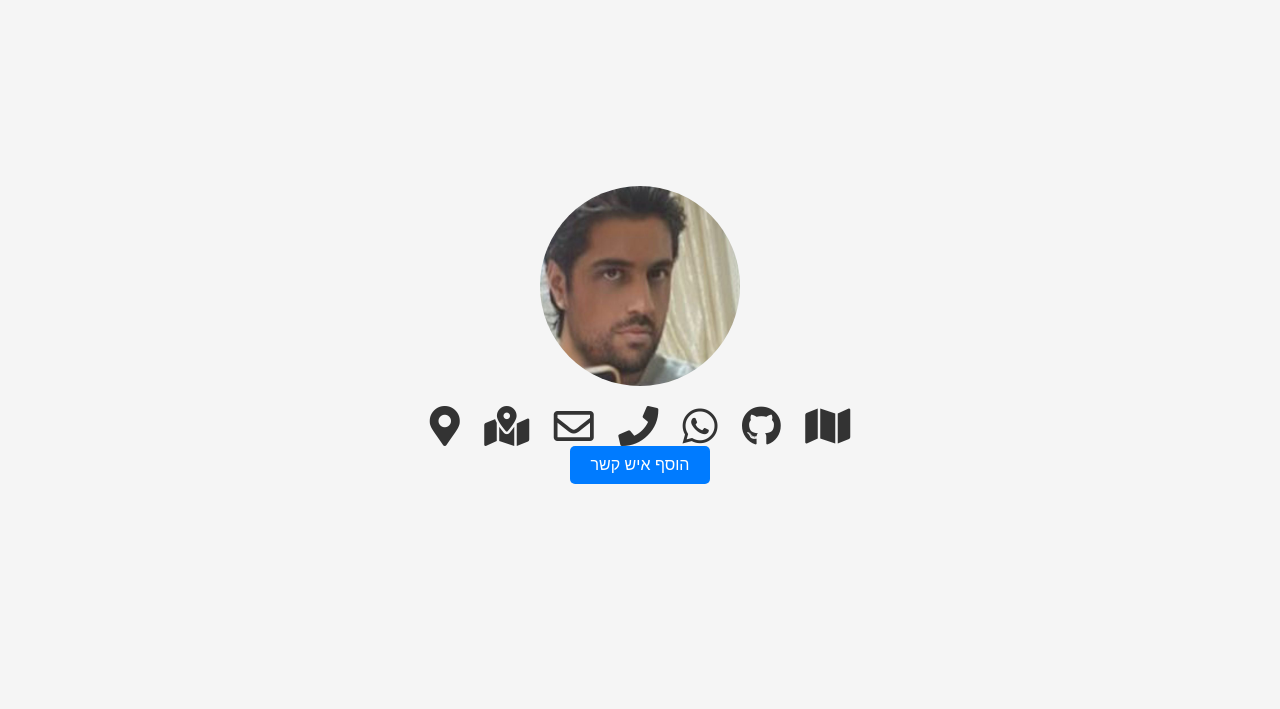
Repository: RL20/Business-Card
Page: index.html
These files come from the project's save history. The page is drawn as it stood at one moment and after the next save; the edit follows.
The browser window is 1280 px wide. The pictures show the whole page.

Above is the page before, as saved 2024-05-15 03:31:24.

After the next save:
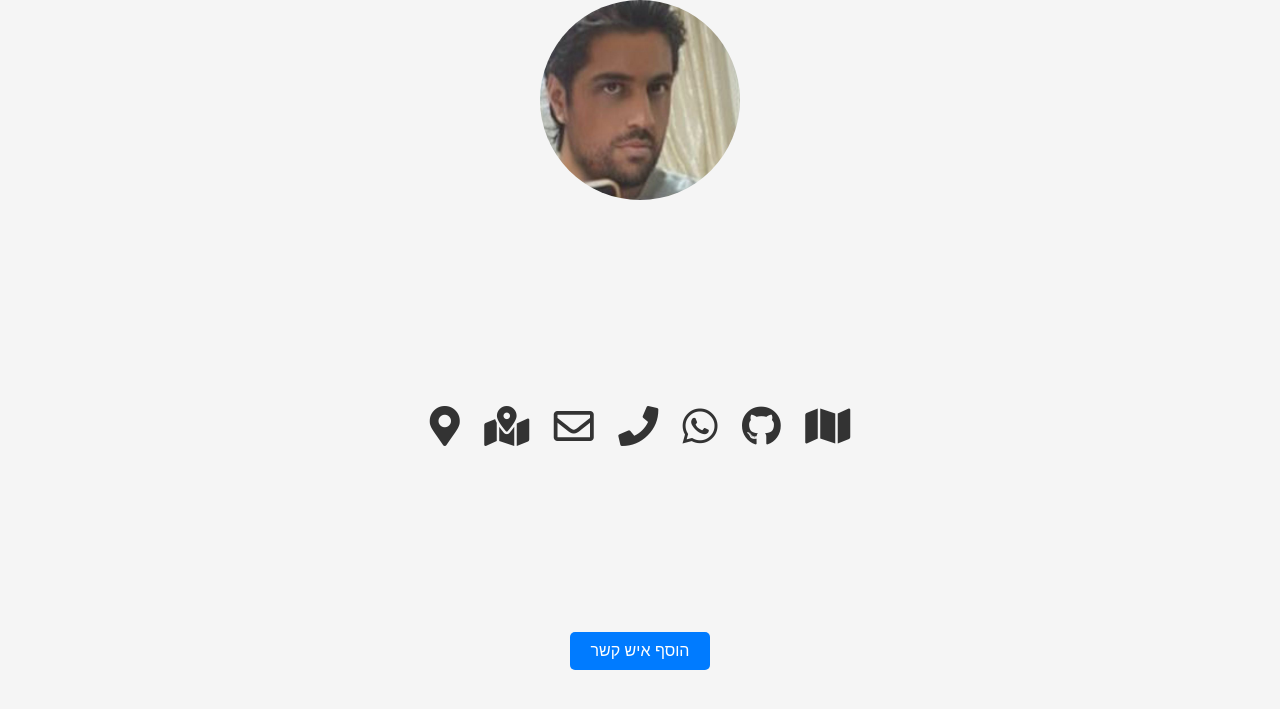
Saved 47 s later.
--- a/index.html
+++ b/index.html
@@ -14,8 +14,8 @@
         display: flex;
         flex-direction: column;
         align-items: center;
-        justify-content: center;
-        /* justify-content: space-between; */
+        /* justify-content: center; */
+        justify-content: space-between;
         min-height: 100vh;
       }
       .icons {
